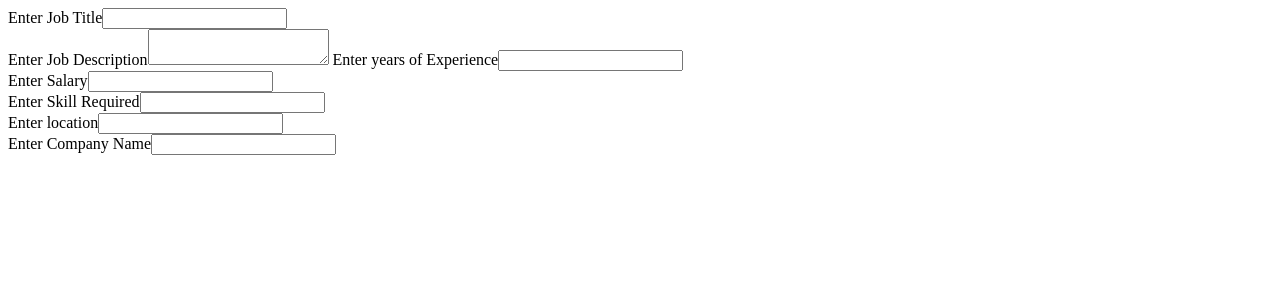
Repository: SwapnilYeldi/Project-2
Page: frontend/WebContent/views/jobform.html
The author's editor kept a copy of each file at every save. The page is drawn from the files as they stood at one save, then again after the next save.
The browser window is 1280 px wide. The pictures show the whole page.

Above is the page before, as saved 2017-06-27 17:47:17.

### frontend/WebContent/views/jobform.html
<form>
Enter Job Title<input type="text" ng-model="job.jobTitle"><br>
Enter Job Description<textarea ng-model="job.jobDescription"></textarea>
Enter years of Experience<input type="text" ng-model="job.yrsOfExp"><br>
Enter Salary<input type="text" ng-model="job.salary"><br>
Enter Skill Required<input type="text" ng-model="job.skillsRequired"><br>
Enter location<input type="text" ng-model="job.location"><br>
Enter Company Name<input type="text" ng-model="job.companyname"><br>

</form>

After the next save:
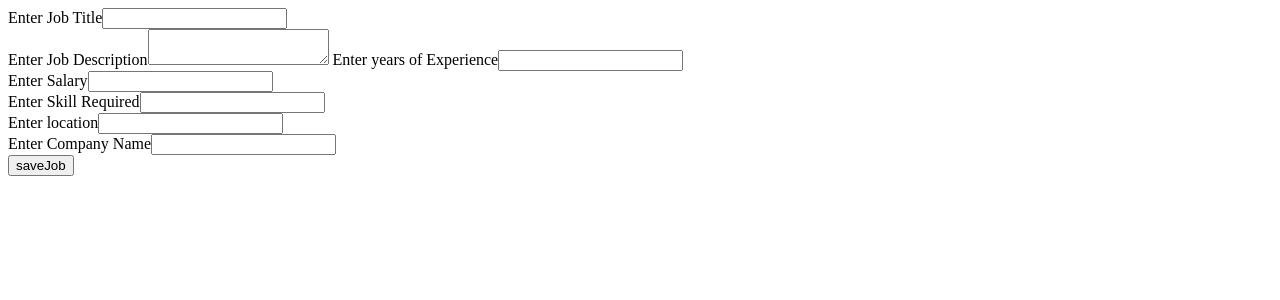
Saved 44 s later.
--- a/frontend/WebContent/views/jobform.html
+++ b/frontend/WebContent/views/jobform.html
@@ -7,4 +7,6 @@ Enter Skill Required<input type="text" ng-model="job.skillsRequired"><br>
 Enter location<input type="text" ng-model="job.location"><br>
 Enter Company Name<input type="text" ng-model="job.companyname"><br>
 
+<input type="submit" value="saveJob">
+
 </form>
